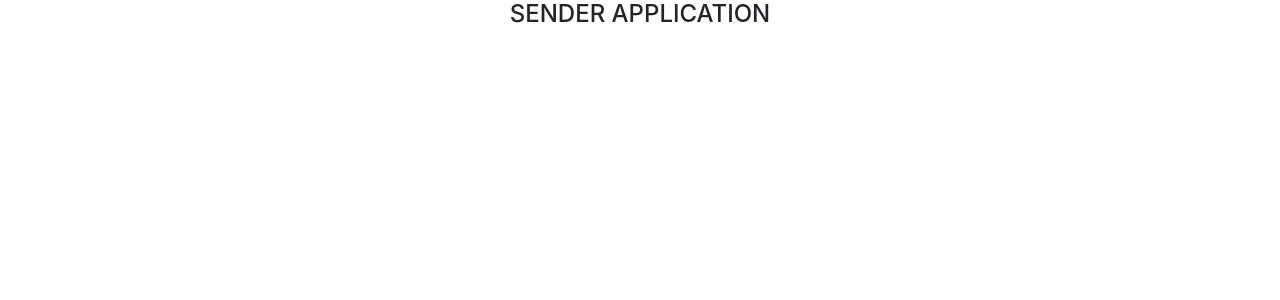
Repository: oluwaseyi9325/react-redux
Page: /mailer
The author's editor kept a copy of each file at every save. The page is drawn from the files as they stood at one save, then again after the next save.
The browser window is 1280 px wide. The pictures show the whole page.
The project was rebuilt for these pictures with package versions that can differ from the ones it lists, and the page was loaded fresh each time. Also part of the build but not shown: src/Pages/Index.tsx, src/Pages/NotFond.tsx.

Above is the page before, as saved 2023-04-18 17:13:18.

After the next save:
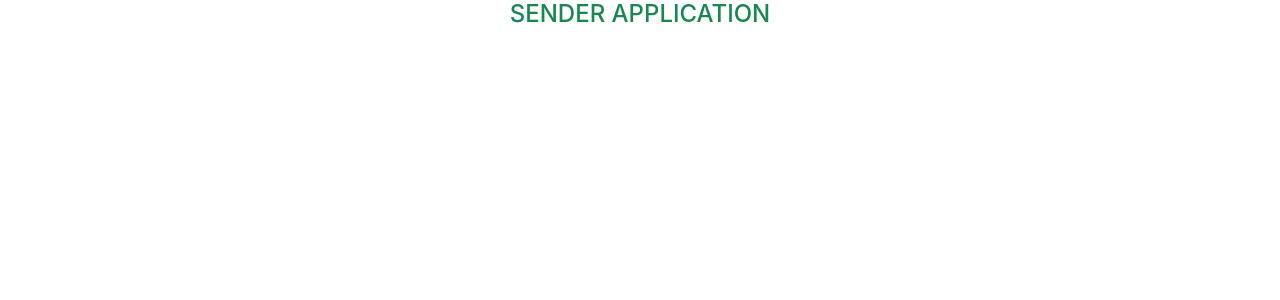
Saved 15 s later.
--- a/src/Components/NavBar.tsx
+++ b/src/Components/NavBar.tsx
@@ -5,7 +5,7 @@
     <>
 
       <div className='text-center'>
-        <h4 className='text-sucess'>SENDER APPLICATION</h4>
+        <h4 className='text-success'>SENDER APPLICATION</h4>
       </div>
 
     </>
